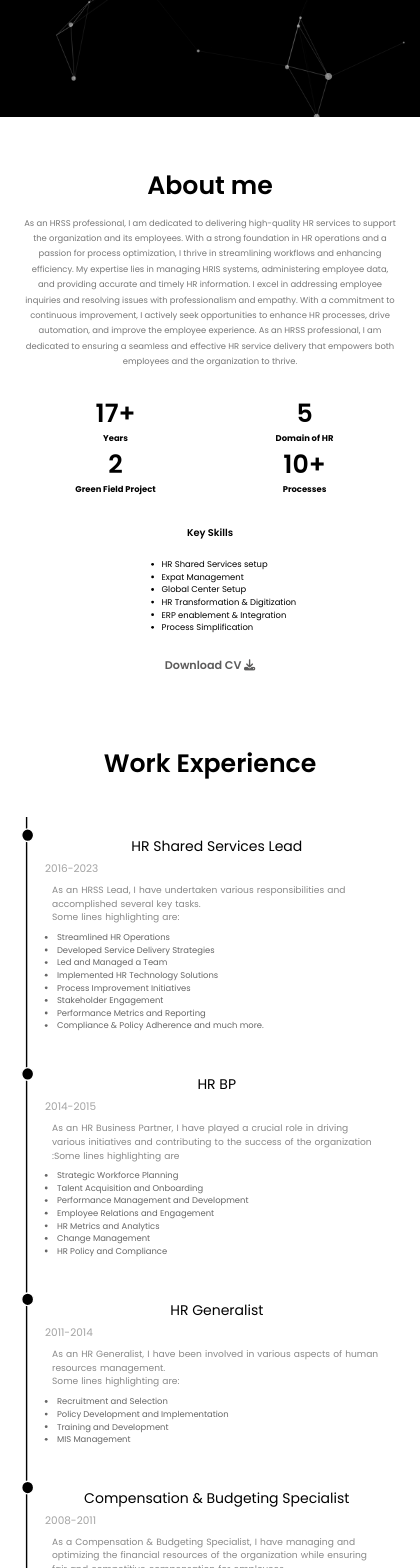
Repository: xoshiraghavx/Niharika-portfolio
Page: index.html
An editor plug-in stored every save of this project. The page is shown before and after the next save, followed by the edit.
The browser window is 600 px wide. The pictures show the part of the page from y = 633 to 2873 px (the page is 4635 px tall before and 4652 px after), at 70% of full size.
Some web libraries are served in a nearby version.

Above is the page before, as saved 2023-06-16 12:56:18.

### index.html
<!DOCTYPE html>
<html lang="en">
<head>
    <meta charset="UTF-8">
    <meta http-equiv="X-UA-Compatible" content="IE=edge">
    <meta name="viewport" content="width=device-width, initial-scale=1.0">
    <title>Niharika Singh | Portfolio</title>
    <link rel="stylesheet" href="../css/index.css">
    <link rel="preconnect" href="https://fonts.googleapis.com">
<link rel="preconnect" href="https://fonts.gstatic.com" crossorigin>
<link href="https://fonts.googleapis.com/css2?family=Poppins:wght@100;200;300;400;600;700&family=Righteous&display=swap" rel="stylesheet">
<link rel="stylesheet" href="https://stackpath.bootstrapcdn.com/font-awesome/4.7.0/css/font-awesome.min.css">
<link rel="stylesheet" href="./css/particle.css">
<link href="https://unpkg.com/aos@2.3.1/dist/aos.css" rel="stylesheet">
<link rel="icon" href="./img/image.jpg">

</head>
<body>
    <section class="header" id="head">
        <div id="particles-js">
        <nav>
            <div class="logo">
                <h2>NS</h2>
            </div>
            <div class="nav-links" id="navLinks">
                <i class="fa fa-times" onclick="hideMenu()"></i>
                <ul>
                    <li><a href="#head">HOME</a></li>
                    <li><a href="#about">ABOUT</a></li>
                    <li><a href="#work">WORK</a></li>
                    <li><a href="#contact">CONTACT</a></li>
                </ul>
            </div>
            <div class="social">
                    <div><a href="https://www.linkedin.com/in/niharika-singh-54130b13/" target="_blank"><i class="fa-brands fa-linkedin"></i></a></div>
                    <div><a href="https://www.facebook.com/people/Niharika-Singh/pfbid0zDJLjq1fehJWAvFLc7zkpJ6FsEs1uDxExLjwh94ZH389RFf4Q5YAZHgxJCLQanLsl/" target="_blank"><i class="fa-brands fa-facebook"></i></a></div>
                    <div><a href="https://www.instagram.com/niharika14042012/" target="_blank"><i class="fa-brands fa-instagram"></i></a></div>
            </div>
        </nav>

        <div id="home"data-aos="zoom-in" data-aos-duration="1000">
            <div class="img">
                <p style="color: #c5c1c1; font-weight: 600;">Hello, I'm</p>
            </div>
            <h1 class="hh1">NIHARIKA SINGH</h1>
            <div class="p1"data-aos="fade-in" data-aos-delay="1300"data-aos-duration="1000">
                <p>As an HR professional, I nurture a harmonious and productive workforce.</p>
            </div>
            <div class="container">
                <a href="#about">
                <div class="field" >
                    <div class="mouse"></div>
                </div>
            </a>
            </div>
    </div>
    </section>

<!-- ---------About----------------- -->
<section class="about-us" id="about">
    <div class="row1">
        <div class="about-col">
            <h1>About me</h1>
            <p>
                As an HRSS professional, I am dedicated to delivering high-quality HR services to support the organization and its employees. With a strong foundation in HR operations and a passion for process optimization, I thrive in streamlining workflows and enhancing efficiency. My expertise lies in managing HRIS systems, administering employee data, and providing accurate and timely HR information. I excel in addressing employee inquiries and resolving issues with professionalism and empathy. With a commitment to continuous improvement, I actively seek opportunities to enhance HR processes, drive automation, and improve the employee experience. As an HRSS professional, I am dedicated to ensuring a seamless and effective HR service delivery that empowers both employees and the organization to thrive.</p>
        </div>
    </div>
    <div class="bar">
        <div class="count">
            <div class="exp">
                <h1>17+</h1>
            </div>
            <div class="exp_name">
                <h4>Years</h4>
            </div>
        </div>
        <div class="count">
            <div class="exp">
                <h1>5</h1>
            </div>
            <div class="exp_name">
                <h4>Domain of HR</h4>
            </div>
        </div>
        <div class="count">
            <div class="exp">
                <h1>2</h1>
            </div>
            <div class="exp_name">
                <h4>Green Field Project </h4>
            </div>
        </div>
        <div class="count">
            <div class="exp">
                <h1>10+</h1>
            </div>
            <div class="exp_name">
                <h4>Processes </h4>
            </div>
        </div>
    </div>
    <h3 style="padding: 2rem 0 1rem 0;">Key Skills</h3>
    <div class="skills">
        <ul>
            <li>HR Shared Services setup</li>
            <li>Expat Management</li>
            <li>Global Center Setup</li>
        </ul>
        <ul>
            <li>HR Transformation & Digitization</li>
            <li>ERP enablement & Integration</li>
            <li>Process Simplification</li>
        </ul>
    </div>
    <div class="cv">
        <button><a href="./img/CV-Niharika Singh.pdf">Download CV </a><i class="fa fa-download"></i></button>
    </div>
</section>
<!-- ------------Timeline------------- -->
<section id="work">
    <h1>Work Experience</h1>
    <div class="timeline">
            <div class="timeline-block timeline-block-right">
               <div class="marker"></div>
               <div class="timeline-content">
                  <h3>HR Shared Services Lead </h3>
                  <span>2016-2023</span>
                  <p>As an HRSS Lead, I have undertaken various responsibilities and accomplished several key tasks.
                    <br>Some lines highlighting are:
                    <li>Streamlined HR Operations</li>
                    <li>Developed Service Delivery Strategies</li>
                    <li>Led and Managed a Team</li>
                    <li>Implemented HR Technology Solutions</li>
                    <li>Process Improvement Initiatives</li>
                    <li>Stakeholder Engagement</li>
                    <li>Performance Metrics and Reporting</li>
                    <li>Compliance & Policy Adherence and much more.</li>  </p>
               </div>
            </div>
            <div class="timeline-block timeline-block-left">
               <div class="marker"></div>
               <div class="timeline-content">
                  <h3>HR BP</h3>
                  <span>2014-2015</span>
                  <p>As an HR Business Partner, I have played a crucial role in driving various initiatives and contributing to the success of the organization
                    <br>:Some lines highlighting are
                    <li>Strategic Workforce Planning</li>
                    <li>Talent Acquisition and Onboarding</li>
                    <li>Performance Management and Development</li>
                    <li>Employee Relations and Engagement</li>
                    <li>HR Metrics and Analytics</li>
                    <li>Change Management</li>
                    <li>HR Policy and Compliance</li></p>
               </div>
            </div>
            <div class="timeline-block timeline-block-right">
                <div class="marker"></div>
                <div class="timeline-content">
                   <h3>HR Generalist</h3>
                   <span>2011-2014</span>
                   <p>As an HR Generalist, I have been involved in various aspects of human resources management.
                    <br>Some lines highlighting are:
                    <li>Recruitment and Selection</li>
                    <li>Policy Development and Implementation</li>
                    <li>Training and Development</li>
                    <li>MIS Management</li> </p>
                </div>
             </div>
            <div class="timeline-block timeline-block-left">
               <div class="marker"></div>
               <div class="timeline-content">
                  <h3>Compensation & Budgeting Specialist </h3>
                  <span>2008-2011</span>
                  <p>As a Compensation & Budgeting Specialist, I have managing and optimizing the financial resources of the organization while ensuring fair and competitive compensation for employees
                    <br>:Some lines highlighting are
                    <li>Position Evaluation</li>
                    <li>Salary Action Planning and Execution</li>
                    <li>Annual Budget Preparation and Submission</li>
                    <li>Budget Analysis</li> </p>
               </div>
            </div>

            <div class="timeline-block timeline-block-right">
               <div class="marker"></div>
               <div class="timeline-content">
                  <h3>Site HR Specialist </h3>
                  <span>2007-2008</span>
                  <p>As a Site HR Specialist, I have undertaken a variety of responsibilities and initiatives to support the human resources function within the organization.
                    <br>Some lines highlighting are:
                    <li>Apprentice Management</li>
                    <li>Blue-Collar Performance Management Systems</li>
                    <li>Support for Blue-Collar Salary Actions</li>
                    <li>Grievance Handling</li> </p>
               </div>
            </div>

            <div class="timeline-block timeline-block-left">
               <div class="marker"></div>
               <div class="timeline-content">
                  <h3>Recruitment Executive </h3>
                  <span>2006-2007</span>
                  <p>As a Recruitment Executive, I have successfully contributed to the growth and success of the company by implementing effective recruitment strategies and processes
                    <br>:Some lines highlighting are
                    <li>Training and Development</li>
                    <li>Recruitment and Selection</li>
                    <li>Support to R&R </li>
                    <li>Part of the Event Management Team</li> </p>
               </div>
            </div>
    </div>
</section>
<section>
    <h2>Companies Worked with</h2>
<div class="company">
    <div>
        <div class="img">
            <img src="./img/cnhi_logo.png" alt="">
        </div>
    </div>
    <div>
        <div class="img">
            <img src="./img/jcb_logo.jpg" alt="">
        </div>
    </div>
    <div>
        <div class="img">
            <img src="./img/kelly_logo.png" alt="">
        </div>
    </div>
</div>
</section>
<section class="contact-us" id="contact">
    <h1>Get in Touch
    </h1>
    <div class="row">
        <div class="contact-col">
            <div>
                 <i class="fa fa-phone"></i>
                 <span>
                     <h5><a href="tel: +918178788527">+91 8826795109</a></h5>
                     <p>Monday to Friday, 10AM to 6PM</p>
                 </span>
            </div>
            <div>
                 <i class="fa fa-envelope-o"></i>
                 <span>
                     <h5><a href="mailto: niharika14042012@gmail.com ">niharika14042012@gmail.com</a></h5>
                     <p>Email your query</p>
                 </span>
            </div>
            <div>
                <i class="fa fa-home"></i>
                <span>
                    <h5><a href="https://www.google.com/maps/place/Greater+Noida,+Uttar+Pradesh/@28.4985622,77.3511809,11z/data=!3m1!4b1!4m6!3m5!1s0x390cea64b8f89aef:0xec0ccabb5317962e!8m2!3d28.4743879!4d77.5039904!16zL20vMGN3OXEy?entry=ttu" target="_blank">Greater Noida</a></h5>
                    <p>UP, India</p>
                </span>
           </div>
        </div>
        <div class="contact-col">
            <form action="https://formcarry.com/s/7S9LsDGfOw" method="POST" accept-charset="UTF-8">
                <input type="text" name="name" placeholder="Enter your name" required>
                <input type="email" name="email" placeholder="Enter your email address" required>
                <input type="text" name="subject" placeholder="Enter your subject" required>
                <textarea rows="8" name="message" placeholder="Message" required></textarea>
                <button type="submit" class="hero-btn">Send Message</button>
            </form>
        </div>
    </div>
</section>
<!-- --------footer--------- -->
<section class="footer">
    <p style="text-align: center;">Developed with by <a href="https://www.linkedin.com/in/oshiraghav/" target="_blank">Oshi Raghav</a></p>
</section>

<!-- ---------------javascript----------------->
    	<script src=
		"particles.js-master/particles.js">
	</script>
	<script src=
		"/particles.js-master/demo/js/app.js">
	</script>
     <script src="https://unpkg.com/aos@2.3.1/dist/aos.js"></script>
    <script>
     AOS.init();
    </script>
    <script src="https://kit.fontawesome.com/b6191824ce.js" crossorigin="anonymous"></script>
</body>
</html>

### css/index.css
*{
    margin: 0;
    padding: 0;
    font-family: 'poppins', sans-serif;
    scroll-behavior: smooth;
}
.header{
    min-height: 100vh;
    width: 100%;
}
h3{
    color: #000;
}
h2{
    text-align: center;
}
nav{
    display: flex;
    padding: 1rem 0rem;
    background: #ffffff;
    justify-content: space-around;
    align-items: center;
    position: fixed;
    width: 100%;
    backdrop-filter: blur(3px);
    z-index: 2;
}
.logo{
    background: #000;
    color: #ffffff;
    border-radius: 100%;
    padding: 5pt 6pt;
}
.nav-links ul li{
    list-style: none;
    display: inline-block;
    padding: 8px 12px;
    position: relative;
}
.nav-links ul li a{
    color: #000000;
    text-decoration: none;
    font-size: 13px;
}
.nav-links ul li::after{
    content: '';
    width: 0%;
    height: 2px;
    background: #000000;
    display: block;
    margin: auto;
    transition: 0.5s;
}
.nav-links ul li:hover::after{
    width: 100%;
}
.social{
    display: grid;
    grid-template-columns: auto auto auto auto;
    column-gap: 15px;
    font-size: 1.2rem;
    color: #000000;
}
.social a{
    color: #000;
}
.social:hover{
    cursor: pointer;
}
#home{
    position: absolute;
    text-align: center;
    width: 100%;
    margin-top: 250px;
    color: #ffffff;
}
.hh1{
    font-size: 4em;
}
#home p{
    padding-top: .5rem;
    font-size: 1rem;
    color: #c5c1c1;
}
.container {
	width: 100%;
	height: 100%;
	display: flex;
	align-items: center;
	justify-content: center;
    padding-top: 10rem;
}
.field:hover{
    cursor: pointer;
}

.field {
	display: flex;
	align-items: center;
	justify-content: space-around;
}

.mouse {
	width: 30px;
	height: 50px;
	border: 3px solid #ffffff;
	border-radius: 60px;
	position: relative;
	&::before {
		content: '';
		width: 8px;
		height: 8px;
		position: absolute;
		top: 10px;
		left: 50%;
		transform: translateX(-50%);
		background-color: #ffffff;
		border-radius: 50%;
		opacity: 1;
		animation: wheel 2s infinite;
		-webkit-animation: wheel 2s infinite;
	}
}
@keyframes wheel {
	to {
		opacity: 0;
		top: 30px;
	}
}

@-webkit-keyframes wheel {
	to {
		opacity: 0;
		top: 60px;
	}
}
nav .fa{
    display: none;
}
.hero-btn{
    display: inline-block;
    text-decoration: none;
    color: #fff;
    border: 1px solid #000000;
    padding: 12px 34px;
    font-size: 13px;
    background-color: #000;
    position: relative;
    cursor: pointer;
}
.hero-btn:hover{
    border: 1px solid #000000;
    background: #fff;
    color: #000;
    transition: 1s;
}
@media(max-width: 700px){
    .nav-links{
        display: none;
    }
}
.course{
    width: 80%;
    margin: auto;
    text-align: center;
    padding-top: 80px;
}
h1{
    font-size: 36px;
    font-weight: 600;
    text-align: center;
}
p{
    color: #777;
    font-size: 300;
    line-height: 22px;
    padding: 10px;
}
.row{
    margin-top: 5%;
    display: flex;
    justify-content: space-between;
}
.course-col{
    flex-basis: 31%;
    background: #fff3f3;
    border-radius: 10px;
    margin-bottom: 5%;
    padding: 20px 12px;
    box-sizing: border-box;
    transition: 0.5s;
}
h3{
    text-align: center;
    font-weight: 600;
    margin: 10px 0px;
}
.course-col:hover{
    box-shadow: rgba(241, 128, 128, 0.25) 0px 54px 55px, rgba(233, 177, 177, 0.12) 0px -12px 30px, rgba(238, 209, 209, 0.12) 0px 4px 6px, rgba(230, 100, 100, 0.17) 0px 12px 13px, rgba(250, 27, 27, 0.09) 0px -3px 5px;
}
@media(max-width: 700px){
    .row{
        flex-direction: column;
    }
}
/*  --------facilities--------*/
 .timeline {
    width: 80%;
    padding: 1rem 0;
    margin: 50px auto;
    position: relative;
    overflow: hidden;
 }
 .timeline:before {
    content: '';
    position: absolute;
    top: 0;
    left: 50%;
    margin-left: -1px;
    width: 2px;
    height: 100%;
    background: #000000;
    z-index: 1
 }
 .timeline-block {
    width: -webkit-calc(50% + 8px);
    width: -moz-calc(50% + 8px);
    width: calc(50% + 8px);
    display: -webkit-box;
    display: -webkit-flex;
    display: -moz-box;
    display: flex;
    -webkit-box-pack: justify;
    -webkit-justify-content: space-between;
    -moz-box-pack: justify;
    justify-content: space-between;
    clear: both;
 }
 .timeline-block-right {
    float: right;
 }
 .timeline-block-left {
    float: left;
    direction: rtl
 }
 .marker {
    width: 16px;
    height: 16px;
    border-radius: 50%;
    border: 2px solid #ffffff;
    background: #000000;
    z-index: 1
 }

 .timeline-content {
    width: 95%;
    padding: 0 15px;
    color: #666
 }

 .timeline-content h3 {
    margin-bottom: 5px;
    font-size: 20px;
    font-weight: 500
 }

 .timeline-content span {
    font-size: 15px;
    color: #a4a4a4;
 }

 .timeline-content p {
    font-size: 13px;
    line-height: 1.5em;
    word-spacing: 1px;
    color: #888;
 }


 @media screen and (max-width: 768px) {
    /* .container:before {
       left: 8px;
       width: 100%;
    } */
    .timeline-block {
       width: 100%;
       margin-bottom: 30px;
    }
    .timeline-block-right {
       float: none;
    }

    .timeline-block-left {
       float: none;
       direction: ltr;
    }
    .timeline{
        width: 90%;
    }
    .timeline:before {
        left: .5rem;
     }
 }

/* -------about us page------- */
.about-us{
    width: 60%;
    margin: auto;
    padding-top: 60px;
    padding-bottom: 100px;
}
.about-col{
    flex-basis: 48%;
    text-align: center;
    padding: 10px 2px;
}
.about-col p{
    padding: 15px 0 25px;
}
.about-col h1{
    font-size: 4em;
}
.bar{
    display: flex;
    justify-content: space-between;
    text-align: center;
}
.count{
    display: grid;
    /* flex-direction: column;
    justify-content: center; */
}
.skills{
    display: flex;
    justify-content: space-around;

}
.cv{
    display: flex;
    justify-content: center;
    padding-top: 2rem;
}
.cv button{
    background-color: transparent;
    border: none;
}
.cv button a{
    text-decoration: none;
    color: #5d5c5c;
    font-weight: 600;
}
.cv .fa{
    color: #5d5c5c;
}
.cv :hover{
    color: #000000;
    cursor: pointer;
}
@media(max-width: 700px){
    .about-us{
        width: 90%;
    }
    .about-col h1{
        font-size: 3em;
    }
    .bar{
        display: grid;
        grid-template-columns: 1fr 1fr;
    }
    .skills{
        display: grid;
        padding-left: 10%;
    }
    .cv button{
        font-size: 1rem;
    }
}
/* company */
.company{
    display: flex;
    justify-content: space-around;
}
.img img{
    margin-top: 1rem;
    width: 5rem;
    filter: grayscale(1);
}
.img img:hover{
    filter: grayscale(0);
}
/* ----contact us----- */
.location{
    width: 80%;
    margin: auto;
    padding: 80px 0;
}
.location iframe{
    width: 100%;
}
.contact-us{
    width: 80%;
    margin: auto;
    padding-top: 80px;
}
.contact-us h1{
    font-size: 3.5em;
}
.contact-col{
    flex-basis: 48%;
    margin-bottom: 30px;
}
.contact-col div{
    display: flex;
    align-items: center;
    margin-bottom: 50px;
}
.contact-col div .fa{
    font-size: 20px;
    color: #000000;
    margin: 10px;
    margin-right: 30px;
}
.contact-col a{
    text-decoration: none;
    color: #000;
}
.contact-col div p{
    padding: 0;
}
.contact-col div h5{
    font-size: 15px;
    margin-bottom: 4px;
    color: #000000;
    font-weight: bold;
}
.contact-col input, .contact-col textarea{
    width: 100%;
    padding: 10px;
    margin-bottom: 17px;
    outline: none;
    border: 1px solid #ccc;
    box-sizing:border-box ;
}

.footer a{
    text-decoration: none;
    color: #000000;
}
@media(max-width: 1000px){
    .contact-col div{
        margin-bottom: 20px;
    }
    .contact-col{
        margin-bottom: 10px;
    }
    .contact-us{
        padding-top: 5rem;
    }
}

### css/particle.css
/* ---- reset ---- */

body {
    margin: 0;
    font:normal 75% Arial, Helvetica, sans-serif;
  }

  canvas {
    display: block;
    vertical-align: bottom;
  }

  /* ---- particles.js container ---- */

  #particles-js {
    position: absolute;
    width: 100%;
    height: 100vh;
    background-color: #000000;
  }

  /* ---- stats.js ---- */

  .count-particles{
    background: #ff0000;
    position: absolute;
    top: 48px;
    left: 0;
    width: 80px;
    color: #13E8E9;
    font-size: .8em;
    text-align: left;
    text-indent: 4px;
    line-height: 14px;
    padding-bottom: 2px;
    font-family: Helvetica, Arial, sans-serif;
    font-weight: bold;
  }

  .js-count-particles{
    font-size: 1.1em;
  }

  #stats,
  .count-particles{
    -webkit-user-select: none;
  }

  #stats{
    border-radius: 3px 3px 0 0;
    overflow: hidden;
  }

  .count-particles{
    border-radius: 0 0 3px 3px;
  }

### particles.js-master/demo/js/app.js
/* -----------------------------------------------
/* How to use? : Check the GitHub README
/* ----------------------------------------------- */

/* To load a config file (particles.json) you need to host this demo (MAMP/WAMP/local)... */
/*
particlesJS.load('particles-js', 'particles.json', function() {
  console.log('particles.js loaded - callback');
});
*/

/* Otherwise just put the config content (json): */

particlesJS('particles-js',

  {
    "particles": {
      "number": {
        "value": 80,
        "density": {
          "enable": true,
          "value_area": 800
        }
      },
      "color": {
        "value": "#ffffff"
      },
      "shape": {
        "type": "circle",
        "stroke": {
          "width": 0,
          "color": "#000000"
        },
        "polygon": {
          "nb_sides": 5
        },
        "image": {
          "src": "img/github.svg",
          "width": 100,
          "height": 100
        }
      },
      "opacity": {
        "value": 0.5,
        "random": false,
        "anim": {
          "enable": false,
          "speed": 1,
          "opacity_min": 0.1,
          "sync": false
        }
      },
      "size": {
        "value": 5,
        "random": true,
        "anim": {
          "enable": false,
          "speed": 40,
          "size_min": 0.1,
          "sync": false
        }
      },
      "line_linked": {
        "enable": true,
        "distance": 150,
        "color": "#ffffff",
        "opacity": 0.4,
        "width": 1
      },
      "move": {
        "enable": true,
        "speed": 6,
        "direction": "none",
        "random": false,
        "straight": false,
        "out_mode": "out",
        "attract": {
          "enable": false,
          "rotateX": 600,
          "rotateY": 1200
        }
      }
    },
    "interactivity": {
      "detect_on": "canvas",
      "events": {
        "onhover": {
          "enable": true,
          "mode": "repulse"
        },
        "onclick": {
          "enable": true,
          "mode": "push"
        },
        "resize": true
      },
      "modes": {
        "grab": {
          "distance": 400,
          "line_linked": {
            "opacity": 1
          }
        },
        "bubble": {
          "distance": 400,
          "size": 40,
          "duration": 2,
          "opacity": 8,
          "speed": 3
        },
        "repulse": {
          "distance": 200
        },
        "push": {
          "particles_nb": 4
        },
        "remove": {
          "particles_nb": 2
        }
      }
    },
    "retina_detect": true,
    "config_demo": {
      "hide_card": false,
      "background_color": "#b61924",
      "background_image": "",
      "background_position": "50% 50%",
      "background_repeat": "no-repeat",
      "background_size": "cover"
    }
  }

);

Loaded but not shown: particles.js-master/particles.js (common file)

After the next save:
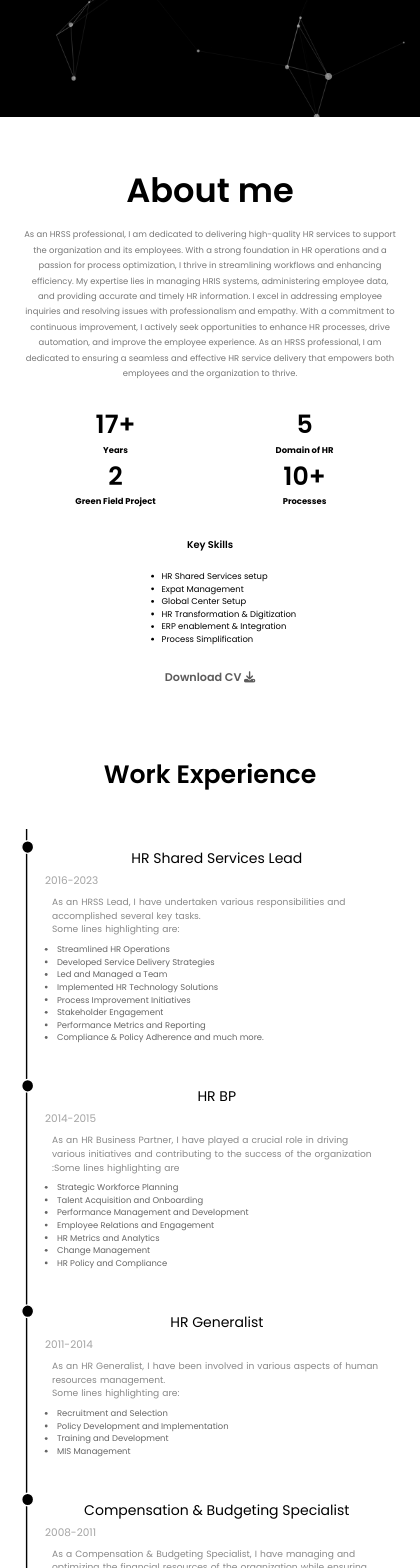
Saved 20 s later.
--- a/css/index.css
+++ b/css/index.css
@@ -360,9 +360,9 @@
     .about-us{
         width: 90%;
     }
-    .about-col h1{
+    /* .about-col h1{
         font-size: 3em;
-    }
+    } */
     .bar{
         display: grid;
         grid-template-columns: 1fr 1fr;
